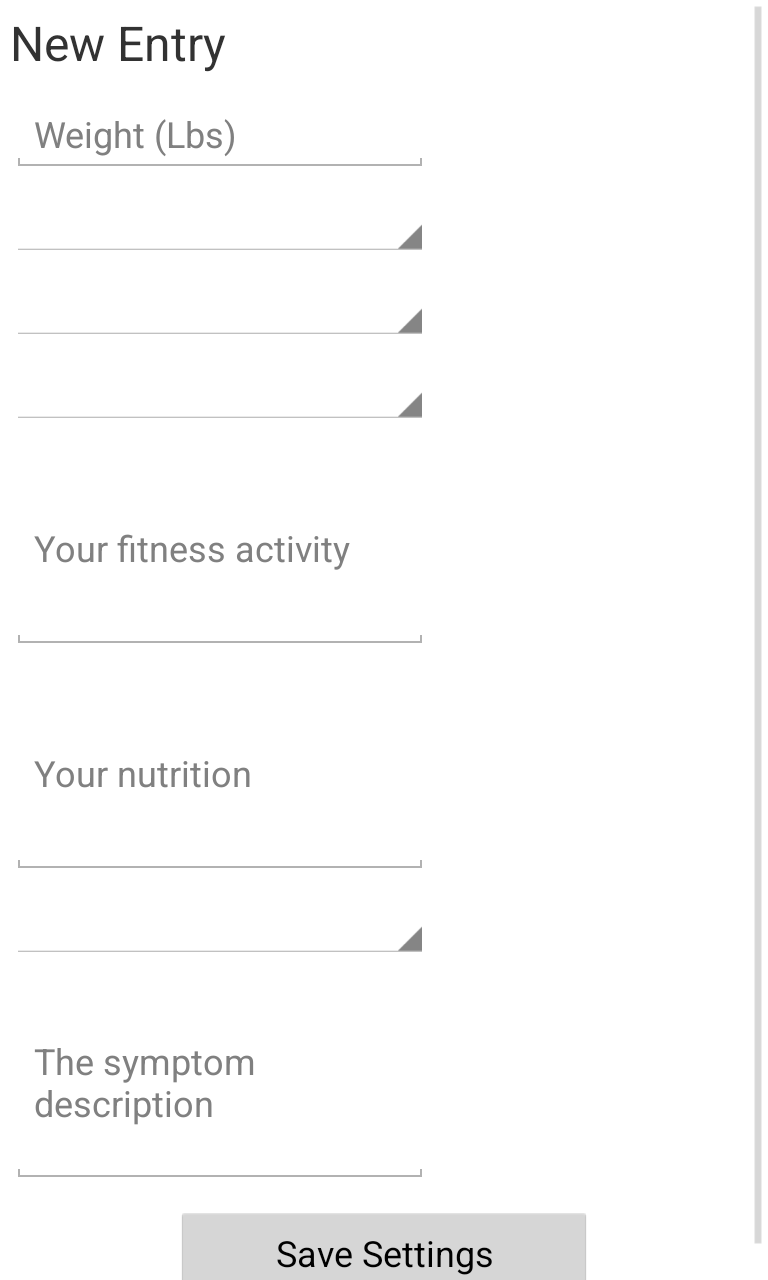
Repository: dillonyoung/CPD4493
Layout: TraCare/res/layout/addentry.xml
These files come from the project's save history. The layout is drawn as it stood at one moment and after the next save; the edit follows.
It is drawn on a 768 x 1280 px phone screen (xhdpi) without system bars, with theme AppTheme; the app's code is not run.

Above is the layout before, as saved 2013-04-06 00:05:38.

### TraCare/res/layout/addentry.xml
<?xml version="1.0" encoding="utf-8"?>
<ScrollView xmlns:android="http://schemas.android.com/apk/res/android"
    android:layout_width="fill_parent"
    android:layout_height="fill_parent" >

    <TableLayout
        android:id="@+id/TableLayout1"
        android:layout_width="match_parent"
        android:layout_height="wrap_content" >

        <TableRow
            android:id="@+id/tableRow1"
            android:layout_width="wrap_content"
            android:layout_height="wrap_content"
            android:padding="5dip" >

            <TextView
                android:id="@+id/textView1"
                android:layout_width="fill_parent"
                android:layout_height="wrap_content"
                android:text="@string/string_new_entry"
                android:textSize="24sp" />
        </TableRow>

        <TableRow
            android:id="@+id/tableRow4"
            android:layout_width="wrap_content"
            android:layout_height="wrap_content"
            android:padding="5dip" >

            <EditText
                android:id="@+id/txtUserWeight"
                android:layout_width="wrap_content"
                android:layout_height="wrap_content"
                android:ems="6"
                android:hint="@string/weight"
                android:inputType="numberDecimal" />
        </TableRow>

        <TableRow
            android:id="@+id/tableRow7"
            android:layout_width="wrap_content"
            android:layout_height="wrap_content"
            android:padding="5dip" >

            <Spinner
                android:id="@+id/spinHours"
                android:layout_width="wrap_content"
                android:layout_height="wrap_content"
                android:prompt="@string/string_hours_of_sleep" />

        </TableRow>

        <TableRow
            android:id="@+id/tableRow9"
            android:layout_width="wrap_content"
            android:layout_height="wrap_content"
            android:padding="5dip" >

            <Spinner
                android:id="@+id/spinQualityofSleep"
                android:layout_width="wrap_content"
                android:layout_height="wrap_content" />
        </TableRow>

        <TableRow
            android:id="@+id/tableRow8"
            android:layout_width="wrap_content"
            android:layout_height="wrap_content"
            android:padding="5dip" >

            <Spinner
                android:id="@+id/spinEnergyLevel"
                android:layout_width="wrap_content"
                android:layout_height="wrap_content" />
        </TableRow>

        <TableRow
            android:id="@+id/tableRow10"
            android:layout_width="wrap_content"
            android:layout_height="wrap_content"
            android:padding="5dip" >

            <EditText
                android:id="@+id/txtFitness"
                android:layout_width="wrap_content"
                android:layout_height="wrap_content"
                android:ems="10"
                android:hint="@string/string_fitness"
                android:inputType="textMultiLine"
                android:lines="4" >

            </EditText>
        </TableRow>

        <TableRow
            android:id="@+id/tableRow11"
            android:layout_width="wrap_content"
            android:layout_height="wrap_content"
            android:padding="5dip" >

            <EditText
                android:id="@+id/txtNutrition"
                android:layout_width="wrap_content"
                android:layout_height="wrap_content"
                android:ems="10"
                android:hint="@string/string_nutrition"
                android:inputType="textMultiLine"
                android:lines="4" >

            </EditText>
        </TableRow>


        <TableRow
            android:id="@+id/tableRow12"
            android:layout_width="wrap_content"
            android:layout_height="wrap_content"
            android:padding="5dip" >

            <Spinner
                android:id="@+id/spinSymptom"
                android:layout_width="wrap_content"
                android:layout_height="wrap_content" />
        </TableRow>

        <TableRow
            android:id="@+id/tableRow14"
            android:layout_width="wrap_content"
            android:layout_height="wrap_content"
            android:padding="5dip" >

            <EditText
                android:id="@+id/txtSymptomDescription"
                android:layout_width="wrap_content"
                android:layout_height="wrap_content"
                android:ems="10"
                android:hint="@string/string_symtpom_description"
                android:inputType="textMultiLine"
                android:lines="4" >

            </EditText>
        </TableRow>

        <TableRow
            android:id="@+id/tableRow13"
            android:layout_width="wrap_content"
            android:layout_height="wrap_content"
            android:gravity="center_horizontal"
            android:padding="5dip" >

            <Button
                android:id="@+id/btnSave"
                android:layout_width="wrap_content"
                android:layout_height="wrap_content"
                android:text="@string/savesettings" />
        </TableRow>
    </TableLayout>

</ScrollView>

### TraCare/res/values/strings.xml
<?xml version="1.0" encoding="utf-8"?>
<resources>

    <string name="app_name">TraCare</string>
    <string name="action_settings">Settings</string>
    <string name="title_section1">Section 1</string>
    <string name="title_section2">Section 2</string>
    <string name="title_section3">Section 3</string>
    <string name="user_details">User Details</string>
    <string name="gender">Gender</string>
    <string name="male">Male</string>
    <string name="female">Female</string>
    <string name="weight">Weight (Lbs)</string>
    <string name="preferences">Preferences</string>
    <string name="track_weight">Track Weight</string>
    <string name="track_sleep">Track Sleep</string>
    <string name="track_energy_level">Track Energy Level</string>
    <string name="track_quality_of_sleep">Track Quality of Sleep</string>
    <string name="track_fitness">Track Fitness</string>
    <string name="track_nutrition">Track Nutrition</string>
    <string name="savesettings">Save Settings</string>
    <string name="yourname">Your name</string>
    <string name="track_symptom">Track Symptom</string>
    <string name="image"></string>
    <string name="menu_add_entry">Add Entry</string>
    <string name="menu_delete_entry">Delete Entry</string>

    <string-array name="hours_of_sleep">
        <item>0.0 Hours of Sleep</item>
        <item>0.5 Hours of Sleep</item>
        <item>1.0 Hours of Sleep</item>
        <item>1.5 Hours of Sleep</item>
        <item>2.0 Hours of Sleep</item>
        <item>2.5 Hours of Sleep</item>
        <item>3.0 Hours of Sleep</item>
        <item>3.5 Hours of Sleep</item>
        <item>4.0 Hours of Sleep</item>
        <item>4.5 Hours of Sleep</item>
        <item>5.0 Hours of Sleep</item>
        <item>5.5 Hours of Sleep</item>
        <item>6.0 Hours of Sleep</item>
        <item>6.5 Hours of Sleep</item>
        <item>7.0 Hours of Sleep</item>
        <item>7.5 Hours of Sleep</item>
        <item>8.0 Hours of Sleep</item>
        <item>8.5 Hours of Sleep</item>
        <item>9.0 Hours of Sleep</item>
        <item>9.5 Hours of Sleep</item>
        <item>10.0 Hours of Sleep</item>
        <item>10.5 Hours of Sleep</item>
        <item>11.0 Hours of Sleep</item>
        <item>11.5 Hours of Sleep</item>
        <item>12.0 Hours of Sleep</item>
        <item>12.5 Hours of Sleep</item>
        <item>13.0 Hours of Sleep</item>
        <item>13.5 Hours of Sleep</item>
        <item>14.0 Hours of Sleep</item>
        <item>14.5 Hours of Sleep</item>
        <item>15.0 Hours of Sleep</item>
        <item>15.5 Hours of Sleep</item>
        <item>16.0 Hours of Sleep</item>
        <item>16.5 Hours of Sleep</item>
        <item>17.0 Hours of Sleep</item>
        <item>17.5 Hours of Sleep</item>
        <item>18.0 Hours of Sleep</item>
        <item>18.5 Hours of Sleep</item>
        <item>19.0 Hours of Sleep</item>
        <item>19.5 Hours of Sleep</item>
        <item>20.0 Hours of Sleep</item>
        <item>20.5 Hours of Sleep</item>
        <item>21.0 Hours of Sleep</item>
        <item>21.5 Hours of Sleep</item>
        <item>22.0 Hours of Sleep</item>
        <item>22.5 Hours of Sleep</item>
        <item>23.0 Hours of Sleep</item>
        <item>23.5 Hours of Sleep</item>
    </string-array>
    <string-array name="energy_level">
        <item>Energy Level Not Specified</item>
        <item>Terrible Energy Level</item>
        <item>Poor Energy Level</item>
        <item>Average Energy Level</item>
        <item>Good Energy Level</item>
        <item>Excellent Energy Level</item>
    </string-array>
    <string-array name="quality_of_sleep">
        <item>Quality of Sleep Not Specified</item>
        <item>Terrible Quality of Sleep</item>
        <item>Poor Quality of Sleep</item>
        <item>Average Quality of Sleep</item>
        <item>Good Quality of Sleep</item>
        <item>Excellent Quality of Sleep</item>
    </string-array>
    <string-array name="symptom_type">
        <item>Symptom Type Not Specified</item>
        <item>Other</item>
        <item>Abdominal Pain</item>
        <item>Chest Pain</item>
        <item>Constipation</item>
        <item>Cought</item>
        <item>Diarrea</item>
        <item>Dizziness</item>
        <item>Eye Discomfort</item>
        <item>Foot Pain</item>
        <item>Hip Pain</item>
        <item>Knee Pain</item>
        <item>Low Back Pain</item>
        <item>Nasal Congestion</item>
        <item>Nausea</item>
        <item>Neck Pain</item>
        <item>Numbness</item>
        <item>Shortness of Breath</item>
        <item>Shoulder Pain</item>
        <item>Sore Throat</item>
        <item>Vision Problems</item>
        <item>Wheezing</item>
    </string-array>
        <string name="string_new_entry">New Entry</string>
        <string name="string_hours_of_sleep">Select Hours of Sleep</string>
        <string name="string_fitness">Your fitness activity</string>
        <string name="string_nutrition">Your nutrition</string>
        <string name="string_symtpom_description">The symptom description</string>
        <string name="saveentry">Save New Entry</string>

</resources>

Loaded but not shown: TraCare/res/values/styles.xml (common file); TraCare/res/values-v11/styles.xml (common file); TraCare/res/values-v14/styles.xml (common file)

After the next save:
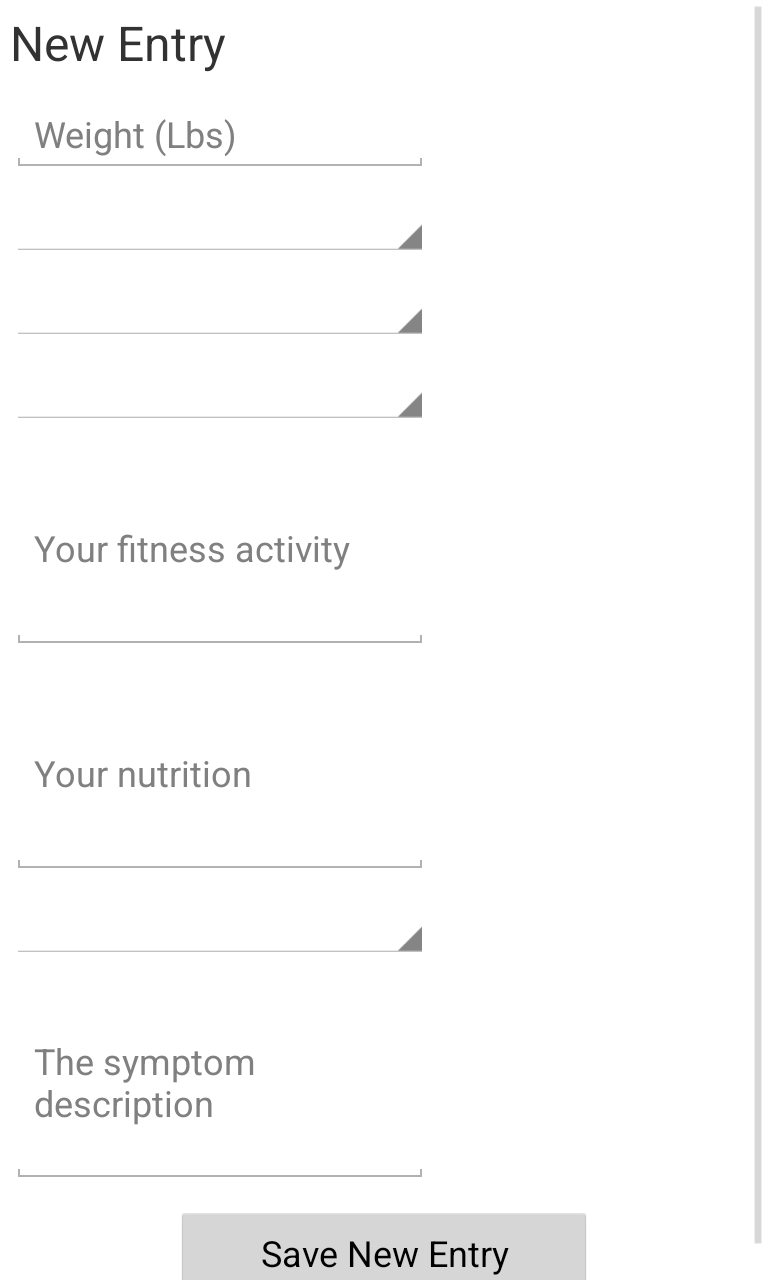
Saved 12 s later.
--- a/TraCare/res/layout/addentry.xml
+++ b/TraCare/res/layout/addentry.xml
@@ -153,7 +153,7 @@
                 android:id="@+id/btnSave"
                 android:layout_width="wrap_content"
                 android:layout_height="wrap_content"
-                android:text="@string/savesettings" />
+                android:text="@string/saveentry" />
         </TableRow>
     </TableLayout>
 
